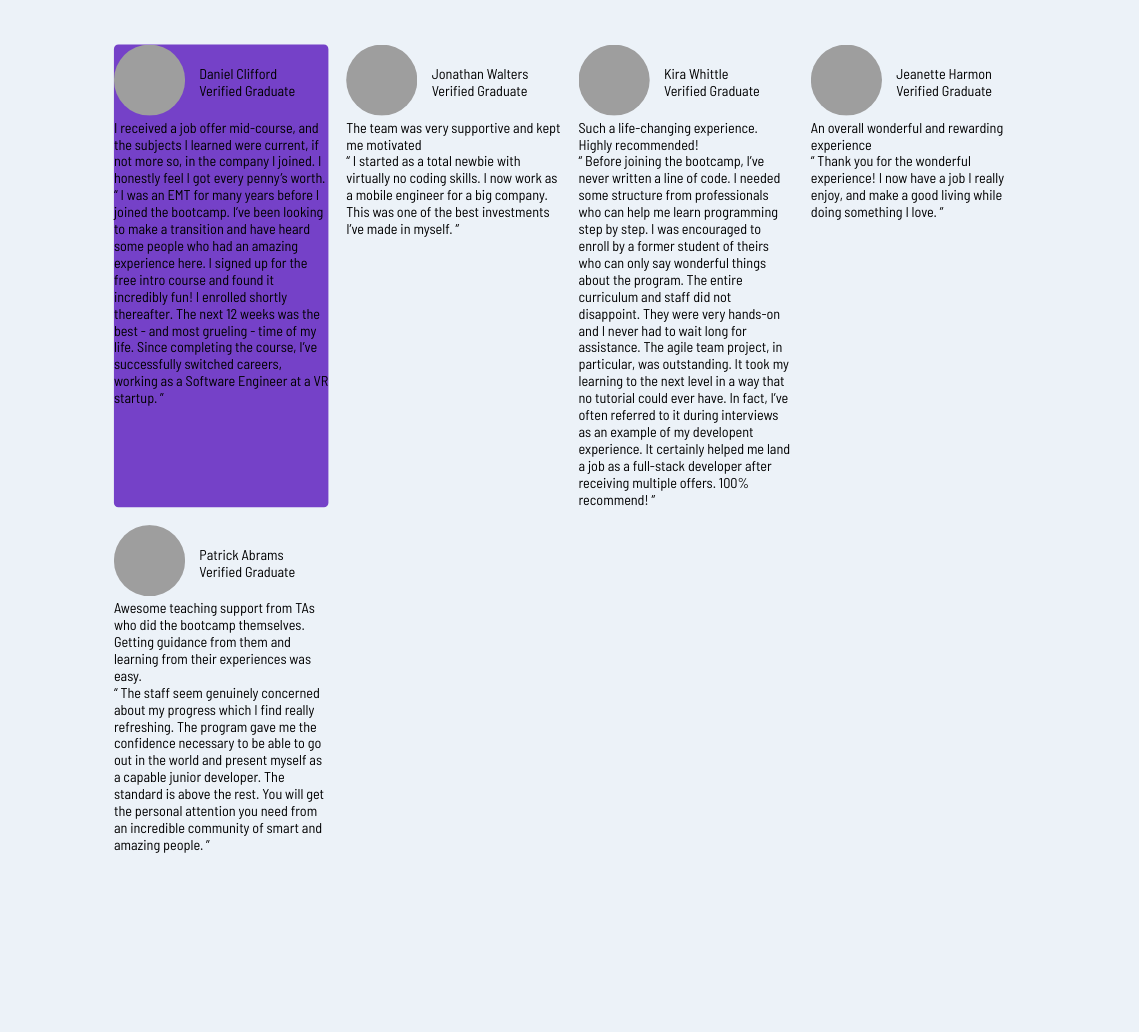
Repository: nptg3105/lab02-testimonials-grid
Page: index.html
These files come from the project's save history. The page is drawn as it stood at one moment and after the next save; the edit follows.
The browser window is 1280 px wide. The pictures show the whole page, at 89% of full size.
Pictures or frames that could not be fetched are drawn as grey boxes. The style sheet was rebuilt from its Sass, Less or Tailwind sources for each picture, by a compiler version that may differ from the author's.

Above is the page before, as saved 2021-12-08 05:31:40.

### index.html
<!DOCTYPE html>
<html lang="en">
  <head>
    <meta charset="UTF-8" />
    <meta http-equiv="X-UA-Compatible" content="IE=edge" />
    <meta name="viewport" content="width=device-width, initial-scale=1.0" />
    <title>Lab02 - Testimonials</title>
    <link rel="stylesheet" href="style.css" />
    <link
      href="https://fonts.googleapis.com/css2?family=Barlow+Semi+Condensed:wght@400;500;700&display=swap"
      rel="stylesheet"
    />
  </head>
  <body>
    <div class="container">
      <div class="testimonials">
        <div class="testimonials__item testimonials__item--violet">
          <div class="author">
            <div class="author__avatar">
              <img
                src="https://images.unsplash.com/photo-1570295999919-56ceb5ecca61?ixlib=rb-1.2.1&ixid=MnwxMjA3fDB8MHxzZWFyY2h8OHx8bWFufGVufDB8fDB8fA%3D%3D&auto=format&fit=crop&w=500&q=60"
                alt=""
              />
            </div>
            <div class="author__name">
              Daniel Clifford <br />
              Verified Graduate
            </div>
          </div>
          <div class="testimonials__heading">
            I received a job offer mid-course, and the subjects I learned were
            current, if not more so, in the company I joined. I honestly feel I
            got every penny’s worth.
          </div>
          <div class="testimonials__desc">
            “ I was an EMT for many years before I joined the bootcamp. I’ve
            been looking to make a transition and have heard some people who had
            an amazing experience here. I signed up for the free intro course
            and found it incredibly fun! I enrolled shortly thereafter. The next
            12 weeks was the best - and most grueling - time of my life. Since
            completing the course, I’ve successfully switched careers, working
            as a Software Engineer at a VR startup. ”
          </div>
        </div>
        <div class="testimonials__item testimonials__item--grey">
          <div class="author">
            <div class="author__avatar">
              <img
                src="https://images.unsplash.com/photo-1570295999919-56ceb5ecca61?ixlib=rb-1.2.1&ixid=MnwxMjA3fDB8MHxzZWFyY2h8OHx8bWFufGVufDB8fDB8fA%3D%3D&auto=format&fit=crop&w=500&q=60"
                alt=""
              />
            </div>
            <div class="author__name">
              Jonathan Walters <br />
              Verified Graduate
            </div>
          </div>
          <div class="testimonials__heading">
            The team was very supportive and kept me motivated
          </div>
          <div class="testimonials__desc">
            “ I started as a total newbie with virtually no coding skills. I now
            work as a mobile engineer for a big company. This was one of the
            best investments I’ve made in myself. ”
          </div>
        </div>
        <div class="testimonials__item testimonials__item--white">
          <div class="author">
            <div class="author__avatar">
              <img
                src="https://images.unsplash.com/photo-1570295999919-56ceb5ecca61?ixlib=rb-1.2.1&ixid=MnwxMjA3fDB8MHxzZWFyY2h8OHx8bWFufGVufDB8fDB8fA%3D%3D&auto=format&fit=crop&w=500&q=60"
                alt=""
              />
            </div>
            <div class="author__name">
              Kira Whittle <br />
              Verified Graduate
            </div>
          </div>
          <div class="testimonials__heading">
            Such a life-changing experience. Highly recommended!
          </div>
          <div class="testimonials__desc">
            “ Before joining the bootcamp, I’ve never written a line of code. I
            needed some structure from professionals who can help me learn
            programming step by step. I was encouraged to enroll by a former
            student of theirs who can only say wonderful things about the
            program. The entire curriculum and staff did not disappoint. They
            were very hands-on and I never had to wait long for assistance. The
            agile team project, in particular, was outstanding. It took my
            learning to the next level in a way that no tutorial could ever
            have. In fact, I’ve often referred to it during interviews as an
            example of my developent experience. It certainly helped me land a
            job as a full-stack developer after receiving multiple offers. 100%
            recommend! ”
          </div>
        </div>
        <div class="testimonials__item testimonials__item--white">
          <div class="author">
            <div class="author__avatar">
              <img
                src="https://images.unsplash.com/photo-1570295999919-56ceb5ecca61?ixlib=rb-1.2.1&ixid=MnwxMjA3fDB8MHxzZWFyY2h8OHx8bWFufGVufDB8fDB8fA%3D%3D&auto=format&fit=crop&w=500&q=60"
                alt=""
              />
            </div>
            <div class="author__name">
              Jeanette Harmon <br />
              Verified Graduate
            </div>
          </div>
          <div class="testimonials__heading">
            An overall wonderful and rewarding experience
          </div>
          <div class="testimonials__desc">
            “ Thank you for the wonderful experience! I now have a job I really
            enjoy, and make a good living while doing something I love. ”
          </div>
        </div>
        <div class="testimonials__item testimonials__item--black">
          <div class="author">
            <div class="author__avatar">
              <img
                src="https://images.unsplash.com/photo-1570295999919-56ceb5ecca61?ixlib=rb-1.2.1&ixid=MnwxMjA3fDB8MHxzZWFyY2h8OHx8bWFufGVufDB8fDB8fA%3D%3D&auto=format&fit=crop&w=500&q=60"
                alt=""
              />
            </div>
            <div class="author__name">
              Patrick Abrams <br />
              Verified Graduate
            </div>
          </div>
          <div class="testimonials__heading">
            Awesome teaching support from TAs who did the bootcamp themselves.
            Getting guidance from them and learning from their experiences was
            easy.
          </div>
          <div class="testimonials__desc">
            “ The staff seem genuinely concerned about my progress which I find
            really refreshing. The program gave me the confidence necessary to
            be able to go out in the world and present myself as a capable
            junior developer. The standard is above the rest. You will get the
            personal attention you need from an incredible community of smart
            and amazing people. ”
          </div>
        </div>
      </div>
    </div>
  </body>
</html>

### style.scss
$font-main:'Barlow Semi Condensed',
sans-serif;
$violet-color:#7541c8;
$grey-color: #48556a;
$light-grey-color: #cfcfcf;
$white-color: #fff;
$bg-color: #ecf2f8;
$black-color: #19212e;

* {
    box-sizing: border-box;
    margin: 0;
    padding: 0;
}

body {
    background-color: $bg-color;
}

.container {
    max-width: 1024px;
    margin: 50px auto;

}

.testimonials {
    font-family: $font-main;
    display: grid;
    gap: 20px;
    grid-template-columns: repeat(4, 1fr);
    grid-template-rows: repeat(2, 1fr);

    &__item {
        border-radius: 5px;

        &--violet {
            background-color: $violet-color;
        }
    }
}

.author {
    display: flex;
    align-items: center;

    &__avatar {
        margin-right: 16px;

        img {
            object-fit: cover;
            width: 80px;
            height: 80px;
            border-radius: 50%;

        }
    }

}

After the next save:
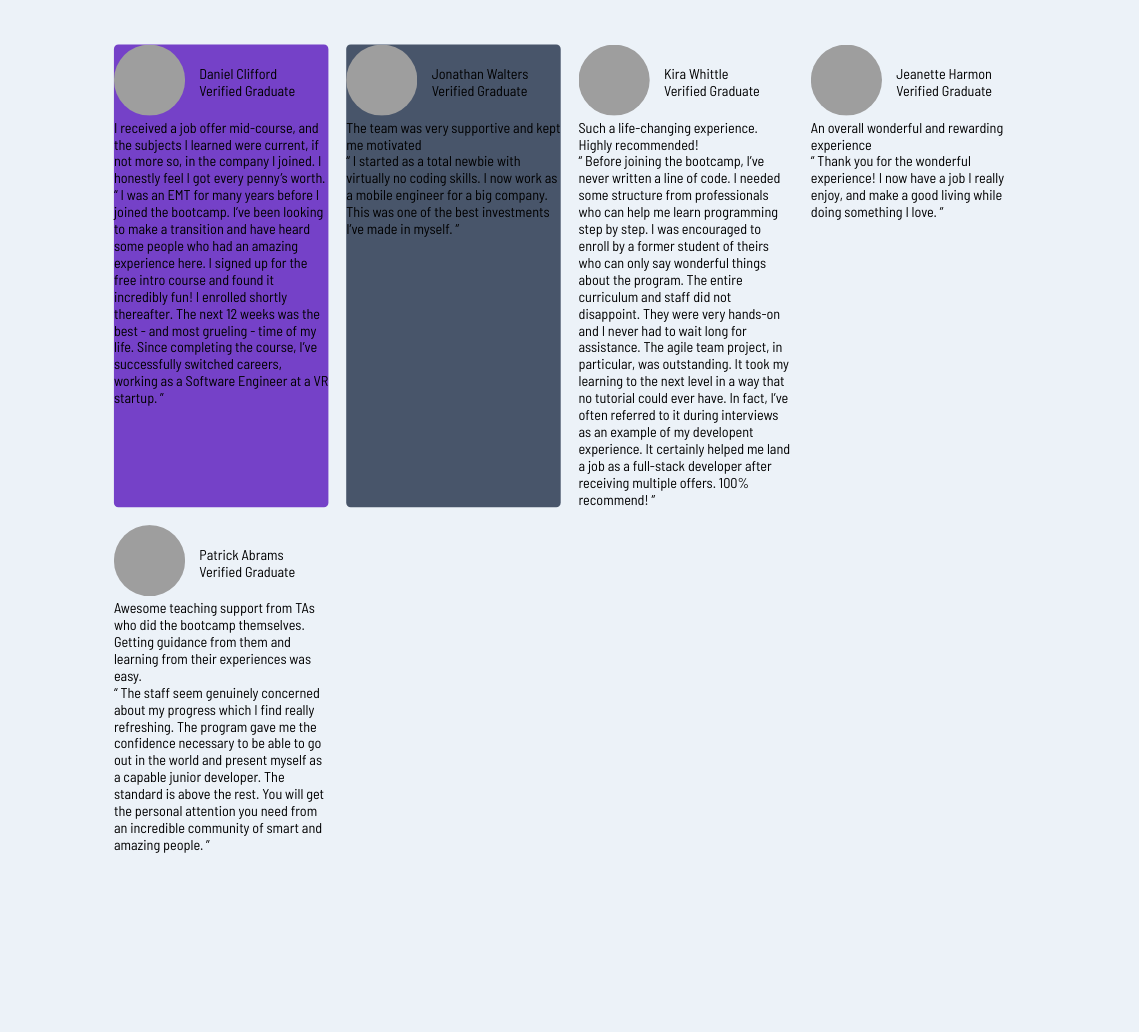
Saved 21 s later.
--- a/style.scss
+++ b/style.scss
@@ -36,6 +36,10 @@ body {
         &--violet {
             background-color: $violet-color;
         }
+
+        &--grey {
+            background-color: $grey-color;
+        }
     }
 }
 
